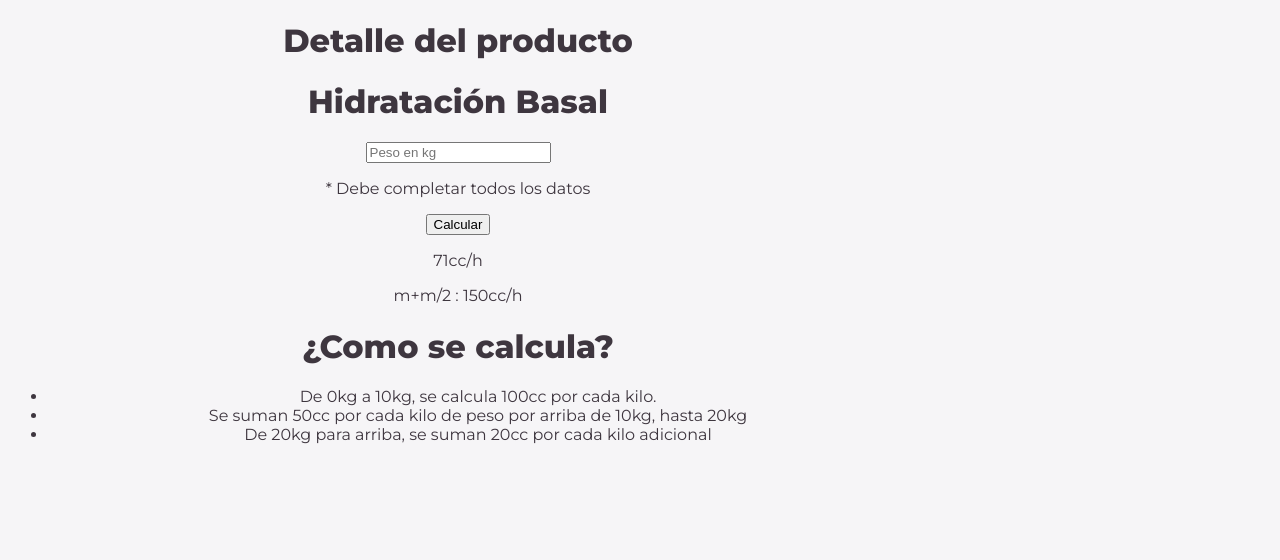
Repository: Fredy452/calculadora_basal
Page: index.html
The author's editor kept a copy of each file at every save. The page is drawn from the files as they stood at one save, then again after the next save.
The browser window is 1280 px wide. The pictures show the whole page.

Above is the page before, as saved 2023-04-21 07:20:40.

After the next save:
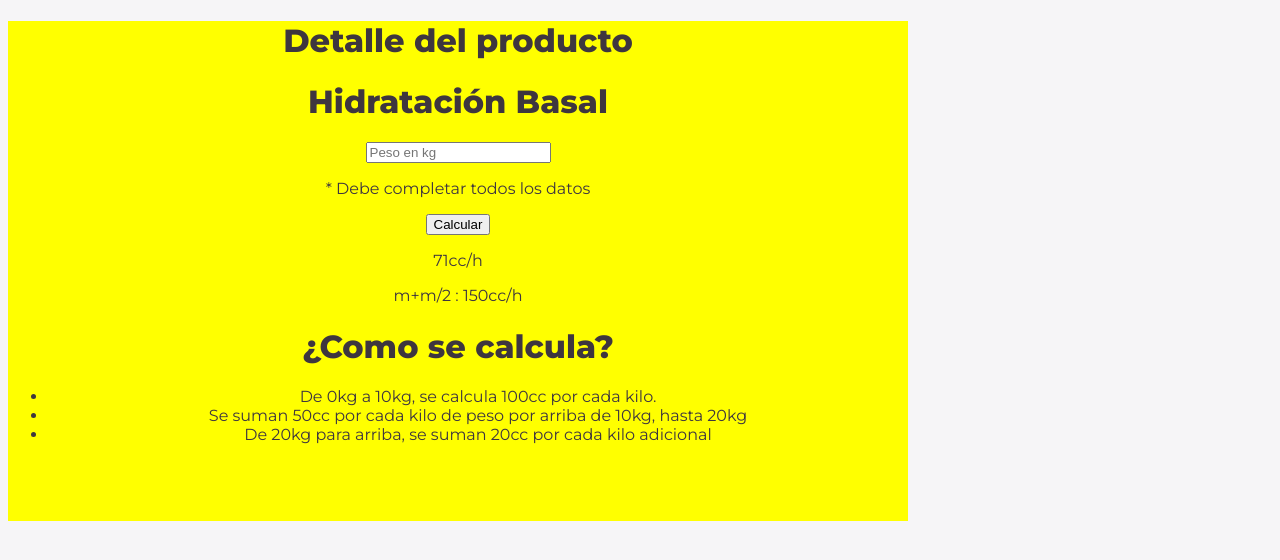
Saved 20 s later.
--- a/style.css
+++ b/style.css
@@ -8,6 +8,7 @@ body{
 #contenedor{
     width: 900px;
     height: 500px;
+    background: yellow;
     text-align: center;
 
 }
